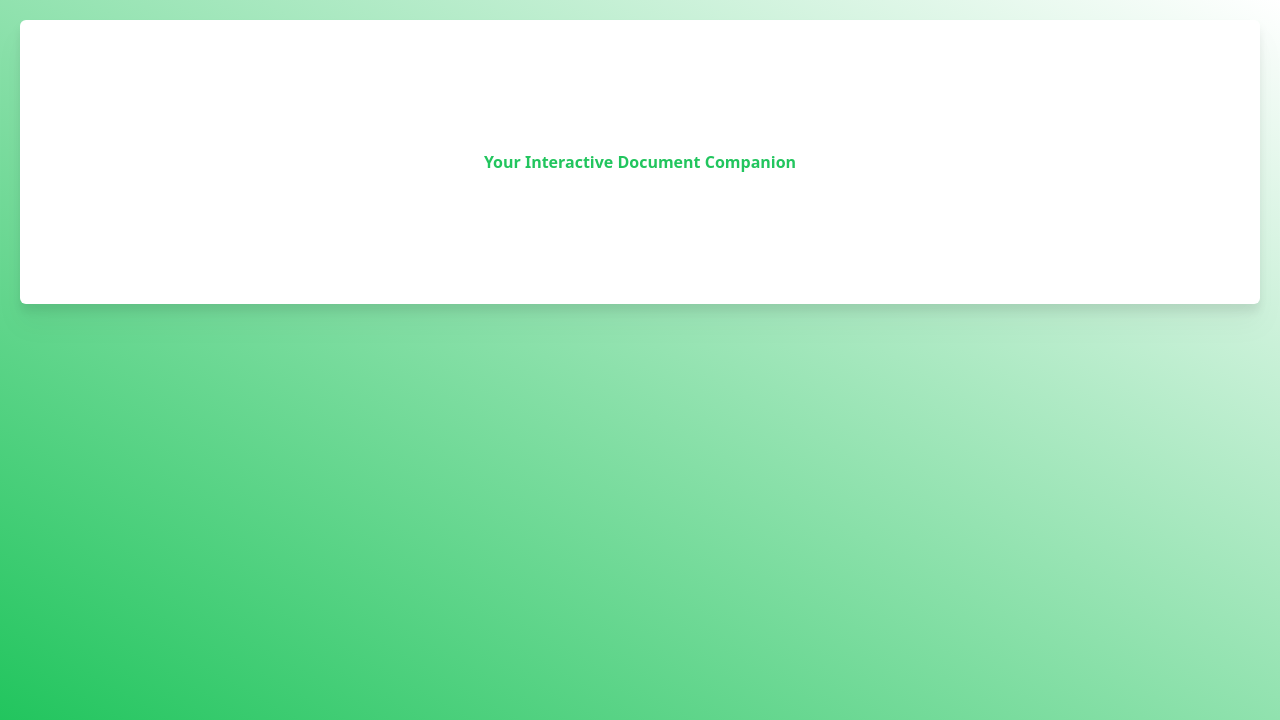
Repository: ankur28/chat-with-pdf
Page: /
An editor plug-in stored every save of this project. The page is shown before and after the next save, followed by the edit.
The browser window is 1280 px wide. The pictures show the whole page.
The project was rebuilt for these pictures with package versions that can differ from the ones it lists, and the page was loaded fresh each time. Some packages were replaced by stand-ins written for this rebuild. The framework's server and built-in components were replaced by stand-ins that run in the browser. Also part of the build but not shown: next.config.js, next.config.mjs.

Above is the page before, as saved 2024-07-24 17:32:43.

After the next save:
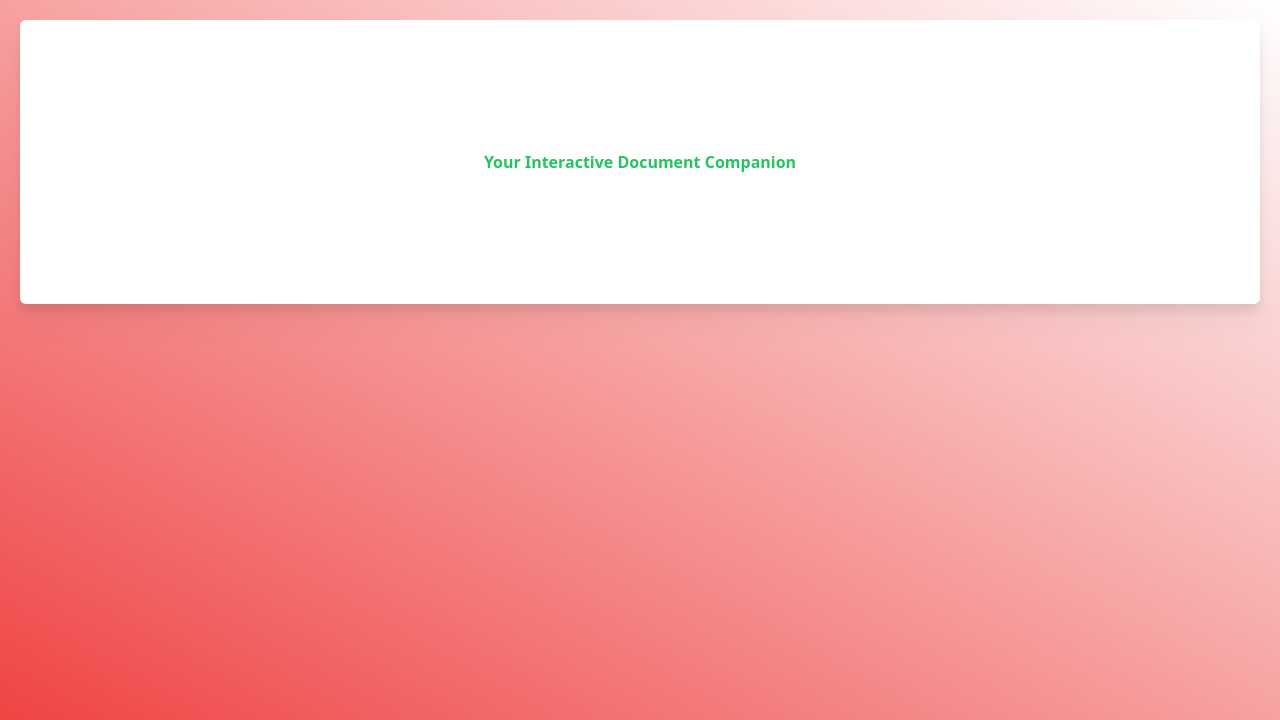
Saved 24 s later.
--- a/app/page.tsx
+++ b/app/page.tsx
@@ -50,7 +50,7 @@
 
 export default function Home() {
   return (
-    <main className="flex-1 overflow-scroll p-2 lg:p-5 bg-gradient-to-bl from-white to-green-500">
+    <main className="flex-1 overflow-scroll p-2 lg:p-5 bg-gradient-to-bl from-white to-red-500">
       <div className="bg-white py-24 sm:py-32 rounded-md drop-shadow-xl">
         <div className="flex flex-col justify-center items-center mx-auto max-w-7xl px-6 lg:px-8">
           <div className="mx-auto max-w-2xl sm:text-center">
